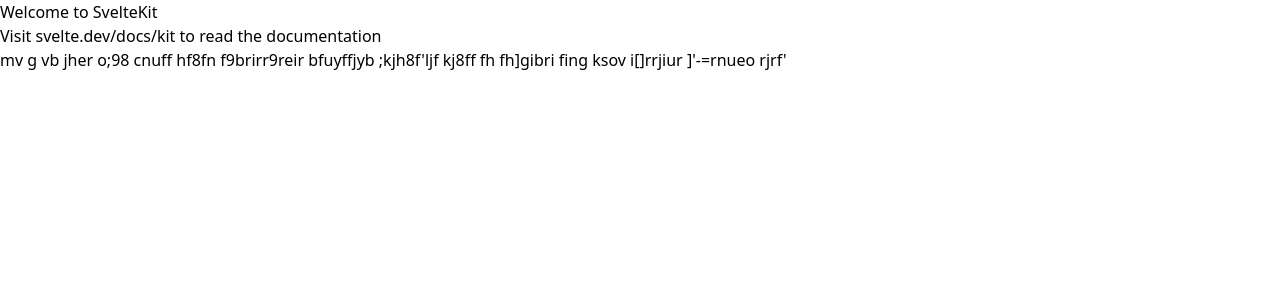
Repository: zishandeshmukh/jdtm
Page: / (app in frontend/)
An editor plug-in stored every save of this project. The page is shown before and after a run of saves, followed by the edit.
The browser window is 1280 px wide. The pictures show the whole page.
The project was rebuilt for these pictures with package versions that can differ from the ones it lists, and the page was loaded fresh each time. The framework's server and built-in components were replaced by stand-ins that run in the browser. Also part of the build but not shown: frontend/svelte.config.js, frontend/vite.config.js.

Above is the page before, as saved 2024-11-03 01:17:09.

After the next 3 saves:
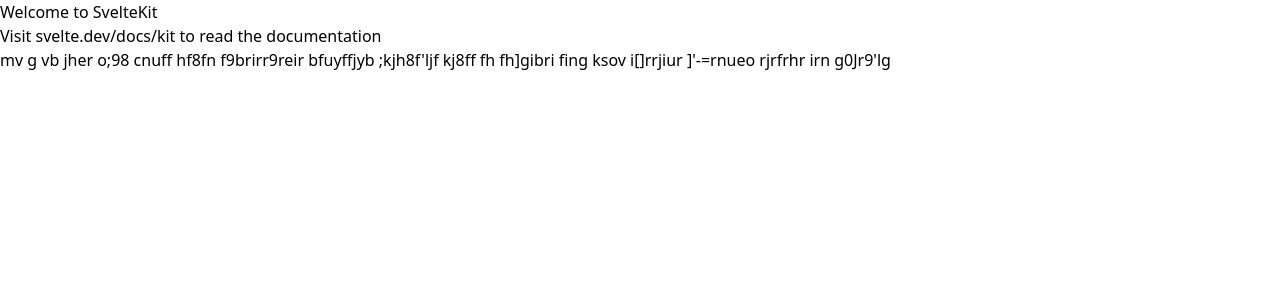
The 3 saves are shown as one change because they came seconds apart.
The last was saved 9 s later.
--- a/frontend/src/routes/+page.svelte
+++ b/frontend/src/routes/+page.svelte
@@ -3,4 +3,5 @@
 mv  g vb jher o;98 cnuff  hf8fn f9brirr9reir bfuyffjyb ;kjh8f'ljf
 kj8ff
 fh fh]gibri fing ksov i[]rrjiur ]'-=rnueo
-rjrf'
+rjrfrhr  irn
+g0Jr9'lg
